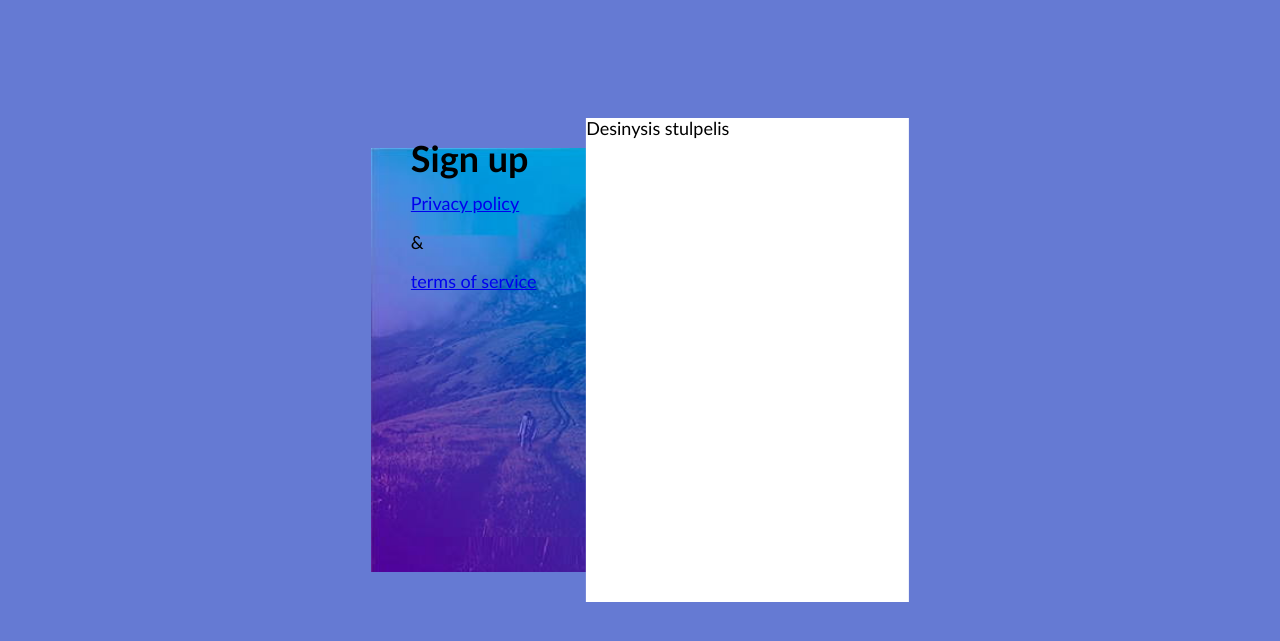
Repository: motiejus1/11-paskaita-adobexd-registracija
Page: index.html
The author's editor kept a copy of each file at every save. The page is drawn from the files as they stood at one save, then again after the next save.
The browser window is 1280 px wide. The pictures show the whole page.

Above is the page before, as saved 2021-06-17 19:05:11.

After the next save:
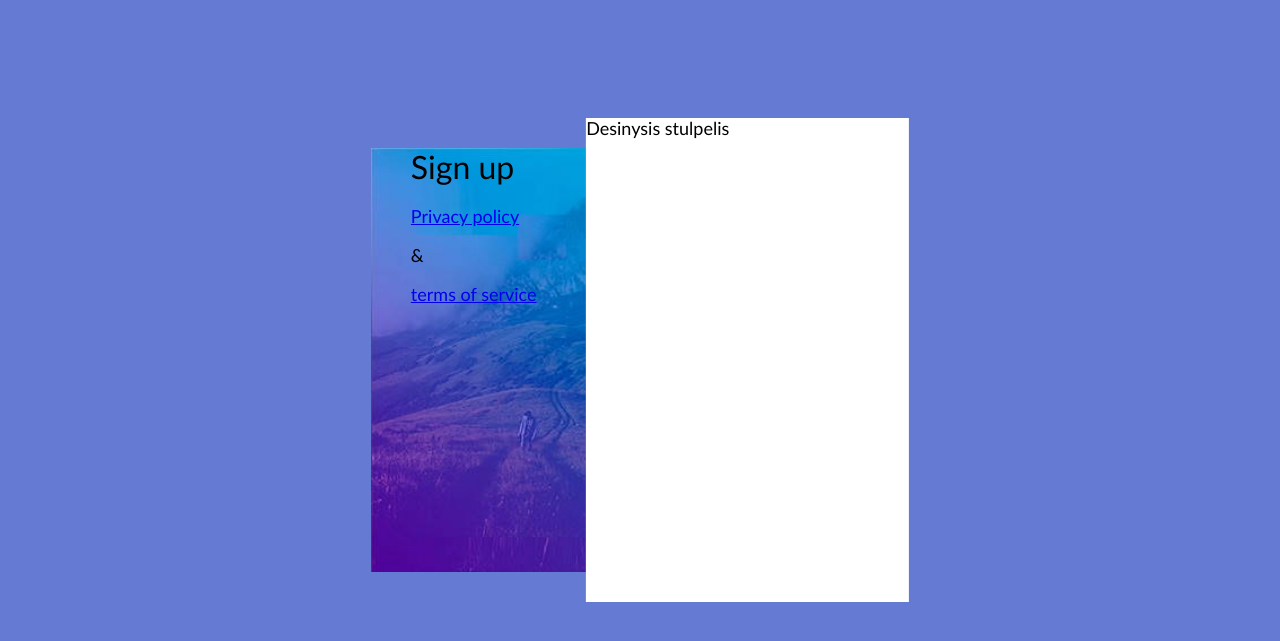
Saved 67 s later.
--- a/index.html
+++ b/index.html
@@ -49,6 +49,10 @@
             padding-left: 2.2222rem;
         }
 
+        h1 {
+            font: normal normal normal 32px/37px Gill Sans MT;
+        }
+
     </style>
 
 </head>
